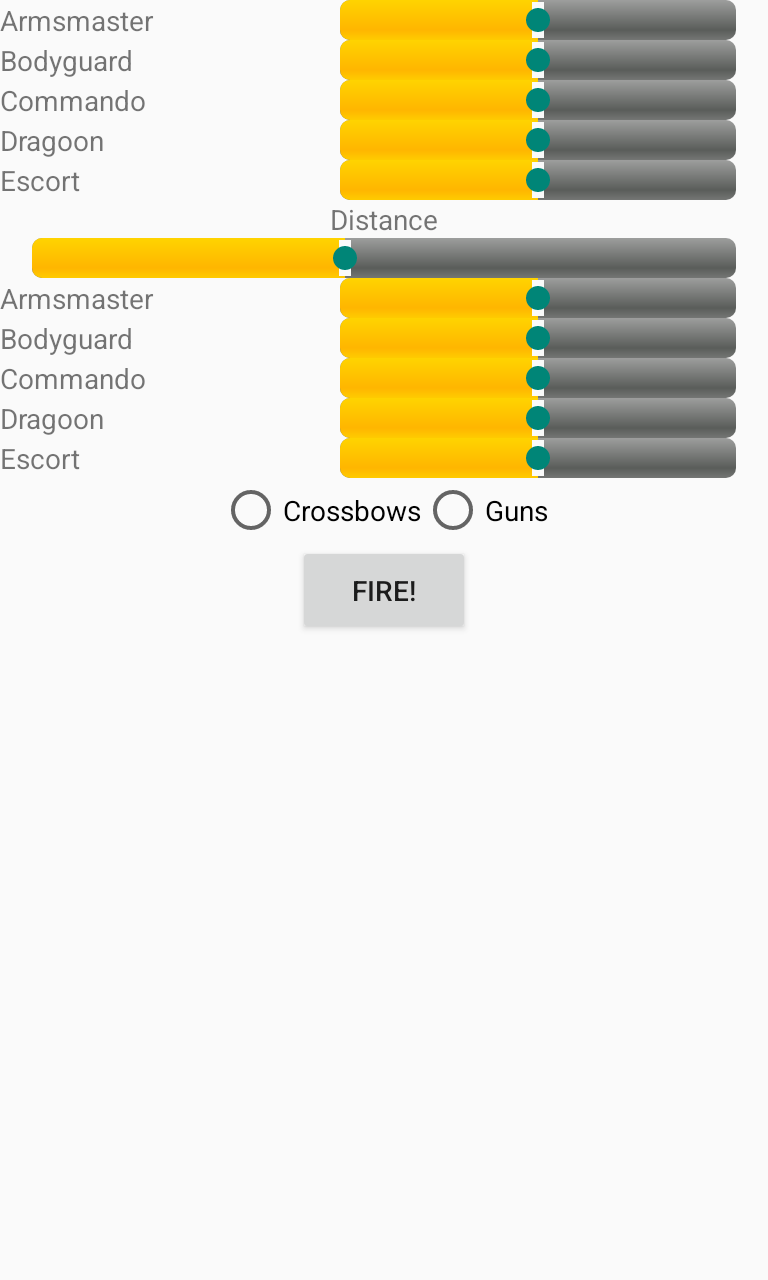
Repository: bryanpope/TARR
Layout: workspace/helloworld/res/layout/activity_hello_world.xml
An editor plug-in stored every save of this project. The layout is shown before and after the next save, followed by the edit.
It is drawn on a 768 x 1280 px phone screen (xhdpi) without system bars, with theme AppTheme; the app's code is not run.

Above is the layout before, as saved 2014-06-01 23:35:16.

### workspace/helloworld/res/layout/activity_hello_world.xml
<LinearLayout xmlns:android="http://schemas.android.com/apk/res/android"
    android:layout_width="fill_parent"
    android:layout_height="wrap_content"
    android:orientation="vertical" >

	<LinearLayout
	    android:layout_width="fill_parent"
	    android:layout_height="wrap_content"
	    android:orientation="horizontal" >

	    <TextView
	        android:id="@+id/textAttackArmsmaster"
	        android:layout_width="0dp"
	        android:layout_height="wrap_content"
	        android:layout_gravity="center_vertical"
	        android:layout_weight="0.90"
	        android:text="@string/armsmaster" />

	    <SeekBar
	        android:id="@+id/seekBarAttackArmsmaster"
	        style="@android:style/Widget.ProgressBar.Horizontal"
	        android:layout_width="230dp"
	        android:layout_height="wrap_content"
	        android:max="50"
	        android:progress="25"
	        android:secondaryProgress="0" />
    </LinearLayout>
	<LinearLayout
              android:layout_width="fill_parent"
              android:layout_height="wrap_content"
              android:orientation="horizontal" >

    	<TextView android:id="@+id/textAttackBodyguard"
              android:layout_width="0dp"
              android:layout_height="wrap_content"
		      android:layout_gravity="center_vertical"
		      android:layout_weight="0.90"
              android:text="@string/bodyguard" />

    	<SeekBar
    	    android:id="@+id/seekBarAttackBodyguard"
    	    style="@android:style/Widget.ProgressBar.Horizontal"
    	    android:layout_width="230dp"
    	    android:layout_height="wrap_content"
    	    android:max="50"
    	    android:progress="25"
    	    android:secondaryProgress="0" />

    </LinearLayout>
	<LinearLayout
              android:layout_width="fill_parent"
              android:layout_height="wrap_content"
              android:orientation="horizontal" >

    <TextView android:id="@+id/textAttackCommando"
              android:layout_width="0dp"
              android:layout_height="wrap_content"
		      android:layout_gravity="center_vertical"
		      android:layout_weight="0.90"
              android:text="@string/commando" />
	    <SeekBar
	        android:id="@+id/seekBarAttackCommando"
	        style="@android:style/Widget.ProgressBar.Horizontal"
	        android:layout_width="230dp"
	        android:layout_height="wrap_content"
	        android:max="50"
	        android:progress="25"
	        android:secondaryProgress="0" />
    </LinearLayout>
	<LinearLayout
              android:layout_width="fill_parent"
              android:layout_height="wrap_content"
              android:orientation="horizontal" >

    <TextView android:id="@+id/textAttackDragoon"
              android:layout_width="0dp"
              android:layout_height="wrap_content"
		      android:layout_gravity="center_vertical"
		      android:layout_weight="0.90"
              android:text="@string/dragoon" />
	    <SeekBar
	        android:id="@+id/seekBarAttackDragoon"
	        style="@android:style/Widget.ProgressBar.Horizontal"
	        android:layout_width="230dp"
	        android:layout_height="wrap_content"
	        android:max="50"
	        android:progress="25"
	        android:secondaryProgress="0" />
    </LinearLayout>

	<LinearLayout
	    android:layout_width="fill_parent"
	    android:layout_height="wrap_content"
	    android:orientation="horizontal" >

	    <TextView
	        android:id="@+id/textAttackEscort"
	        android:layout_width="0dp"
	        android:layout_height="wrap_content"
		      android:layout_gravity="center_vertical"
	        android:layout_weight="0.90"
	        android:text="@string/escort" />

	    <SeekBar
	        android:id="@+id/seekBarAttackEscort"
	        style="@android:style/Widget.ProgressBar.Horizontal"
	        android:layout_width="230dp"
	        android:layout_height="wrap_content"
	        android:max="50"
	        android:progress="25"
	        android:secondaryProgress="0" />
	</LinearLayout>

	    <TextView
	        android:id="@+id/textDistance"
	        android:layout_width="wrap_content"
	        android:layout_height="wrap_content"
	        android:layout_gravity="center_horizontal"
	        android:text="@string/distance" />
	    <SeekBar
	        android:id="@+id/seekBarDistance"
	        style="@android:style/Widget.ProgressBar.Horizontal"
	        android:layout_width="fill_parent"
	        android:layout_height="wrap_content"
	        android:max="9"
	        android:progress="4"
	        android:secondaryProgress="0" />

	<LinearLayout
	    android:layout_width="fill_parent"
	    android:layout_height="wrap_content"
	    android:orientation="horizontal" >

	    <TextView android:id="@+id/textDefenceArmsmaster"
              android:layout_width="0dp"
              android:layout_height="wrap_content"
		      android:layout_gravity="center_vertical"
		      android:layout_weight="0.90"
              android:text="@string/armsmaster" />
	    <SeekBar
	        android:id="@+id/seekBarDefenceArmsmaster"
	        style="@android:style/Widget.ProgressBar.Horizontal"
	        android:layout_width="230dp"
	        android:layout_height="wrap_content"
	        android:max="50"
	        android:progress="25"
	        android:secondaryProgress="0" />
    </LinearLayout>
	<LinearLayout
              android:layout_width="fill_parent"
              android:layout_height="wrap_content"
              android:orientation="horizontal" >

    	<TextView android:id="@+id/textDefenceBodyguard"
              android:layout_width="0dp"
              android:layout_height="wrap_content"
		      android:layout_gravity="center_vertical"
		      android:layout_weight="0.90"
              android:text="@string/bodyguard" />

    	<SeekBar
    	    android:id="@+id/seekBarDefencekBodyguard"
    	    style="@android:style/Widget.ProgressBar.Horizontal"
    	    android:layout_width="230dp"
    	    android:layout_height="wrap_content"
    	    android:max="50"
    	    android:progress="25"
    	    android:secondaryProgress="0" />

    </LinearLayout>
	<LinearLayout
              android:layout_width="fill_parent"
              android:layout_height="wrap_content"
              android:orientation="horizontal" >

    <TextView android:id="@+id/textDefenceCommando"
              android:layout_width="0dp"
              android:layout_height="wrap_content"
		      android:layout_gravity="center_vertical"
		      android:layout_weight="0.90"
              android:text="@string/commando" />
	    <SeekBar
	        android:id="@+id/seekBarDefenceCommando"
	        style="@android:style/Widget.ProgressBar.Horizontal"
	        android:layout_width="230dp"
	        android:layout_height="wrap_content"
	        android:max="50"
	        android:progress="25"
	        android:secondaryProgress="0" />
    </LinearLayout>
	<LinearLayout
              android:layout_width="fill_parent"
              android:layout_height="wrap_content"
              android:orientation="horizontal" >

    <TextView android:id="@+id/textDefenceDragoon"
              android:layout_width="0dp"
              android:layout_height="wrap_content"
		      android:layout_gravity="center_vertical"
		      android:layout_weight="0.90"
              android:text="@string/dragoon" />
	    <SeekBar
	        android:id="@+id/seekBarDefenceDragoon"
	        style="@android:style/Widget.ProgressBar.Horizontal"
	        android:layout_width="230dp"
	        android:layout_height="wrap_content"
	        android:max="50"
	        android:progress="25"
	        android:secondaryProgress="0" />
    </LinearLayout>

	<LinearLayout
	    android:layout_width="fill_parent"
	    android:layout_height="wrap_content"
	    android:orientation="horizontal" >

	    <TextView
	        android:id="@+id/textDefenceEscort"
	        android:layout_width="0dp"
	        android:layout_height="wrap_content"
	      	android:layout_gravity="center_vertical"
	        android:layout_weight="0.90"
	        android:text="@string/escort" />

	    <SeekBar
	        android:id="@+id/seekBarDefenceEscort"
	        style="@android:style/Widget.ProgressBar.Horizontal"
	        android:layout_width="230dp"
	        android:layout_height="wrap_content"
	        android:max="50"
	        android:progress="25"
	        android:secondaryProgress="0" />
	</LinearLayout>

	<RadioGroup
	    android:layout_width="wrap_content"
	    android:layout_height="wrap_content"
	    android:layout_gravity="center_horizontal"
	    android:orientation="horizontal" >
	    <RadioButton
	        android:id="@+id/radioCrossbows"
	        android:layout_width="wrap_content"
	        android:layout_height="wrap_content"
	        android:text="@string/crossbows" />
	    <RadioButton
	        android:id="@+id/radioGuns"
	        android:layout_width="wrap_content"
	        android:layout_height="wrap_content"
	        android:text="@string/guns" />
	</RadioGroup>

    <Button
        android:id="@+id/buttonFire"
        android:layout_width="wrap_content"
        android:layout_height="wrap_content"
	    android:layout_gravity="center_horizontal"
        android:text="@string/fire" />

</LinearLayout>

### workspace/helloworld/res/values/strings.xml
<?xml version="1.0" encoding="utf-8"?>
<resources>

    <string name="app_name">Hello World</string>
    <string name="hello_world">Hello world!</string>
    <string name="action_settings">Settings</string>
    <string name="armsmaster">Armsmaster</string>
    <string name="bodyguard">Bodyguard</string>
    <string name="commando">Commando</string>
    <string name="dragoon">Dragoon</string>
    <string name="escort">Escort</string>
    <string name="distance">Distance</string>
    <string name="crossbows">Crossbows</string>
    <string name="guns">Guns</string>
    <string name="fire">FIRE!</string>

</resources>

Loaded but not shown: workspace/helloworld/res/values/styles.xml (common file); workspace/helloworld/res/values-v11/styles.xml (common file); workspace/helloworld/res/values-v14/styles.xml (common file)

After the next save:
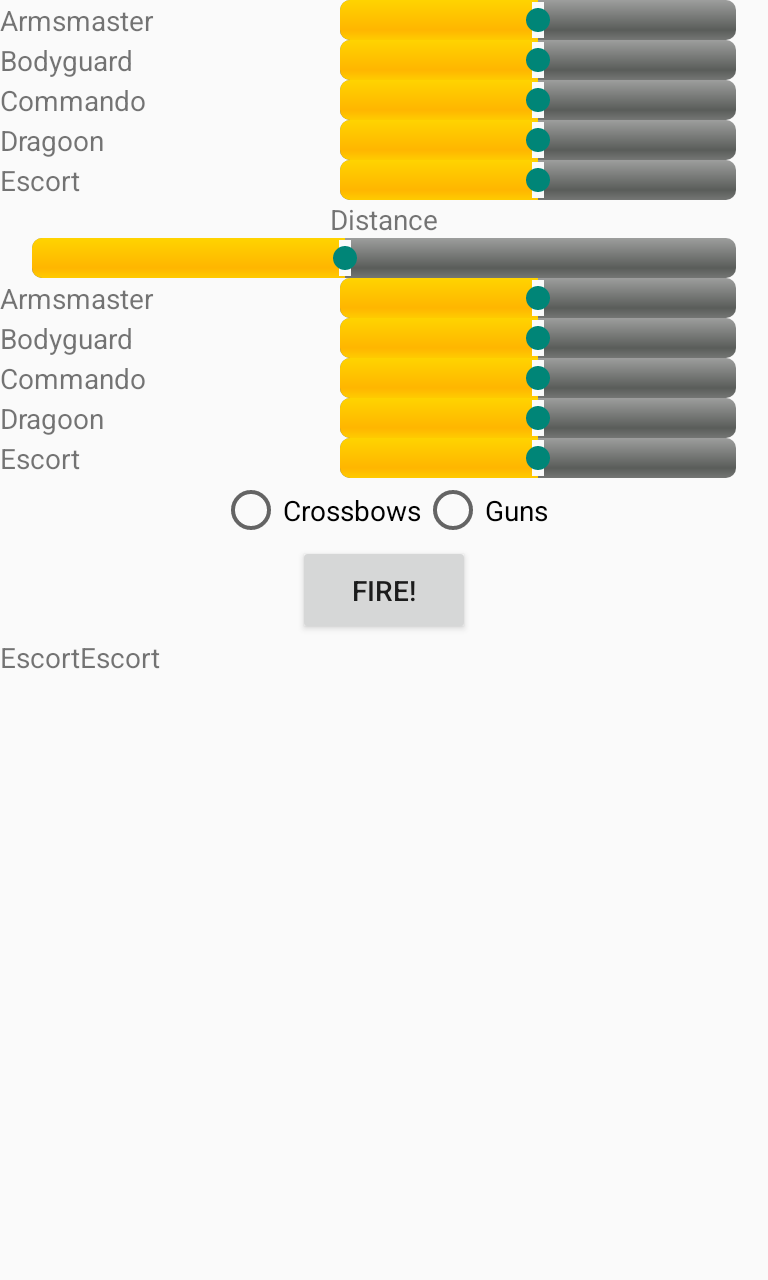
Saved 9 min 17 s later.
--- a/workspace/helloworld/res/layout/activity_hello_world.xml
+++ b/workspace/helloworld/res/layout/activity_hello_world.xml
@@ -256,4 +256,22 @@
 	    android:layout_gravity="center_horizontal"
         android:text="@string/fire" />
 
+	<LinearLayout
+	    android:layout_width="fill_parent"
+	    android:layout_height="wrap_content"
+	    android:orientation="horizontal" >
+	    <TextView
+	        android:id="@+id/textNameAttackArmsmaster"
+	        android:layout_width="wrap_content"
+	        android:layout_height="wrap_content"
+	      	android:layout_gravity="center_vertical"
+	        android:text="@string/escort" />
+	    <TextView
+	        android:id="@+id/textNameAttackArmsmaster"
+	        android:layout_width="wrap_content"
+	        android:layout_height="wrap_content"
+	      	android:layout_gravity="center_vertical"
+	        android:text="@string/escort" />
+	</LinearLayout>
+
 </LinearLayout>
